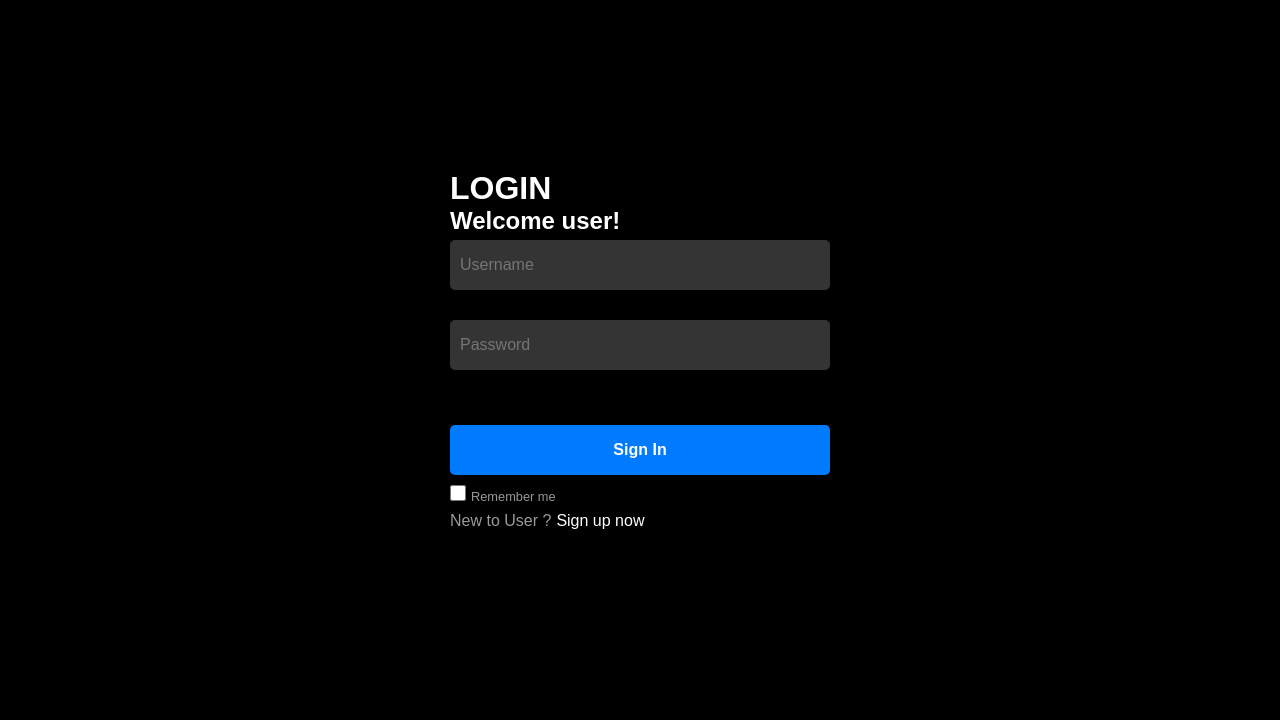
Repository: kritikakittu06/Ecommerce
Page: http://localhost/PixlePrinter/pages/Login.jsp
These files come from the project's save history. The page is drawn as it stood at one moment and after the next save; the edit follows.
The browser window is 1280 px wide. The pictures show the whole page.
Some web libraries are served in a nearby version. The page is served by Tomcat 9. Nobody is signed in. The application's start-up code is not run.

Above is the page before, as saved 2024-04-17 03:22:36.

After the next save:
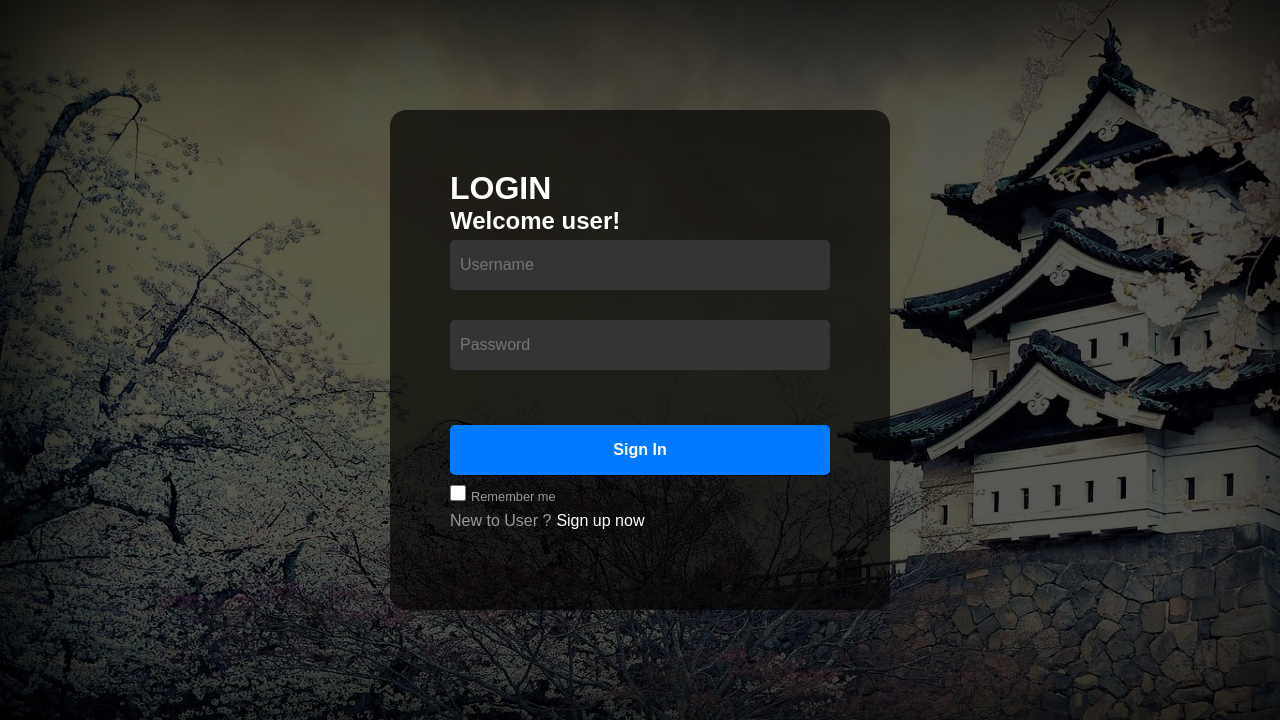
Saved 24 s later.
--- a/PixlePrinter/src/main/webapp/pages/Login.jsp
+++ b/PixlePrinter/src/main/webapp/pages/Login.jsp
@@ -10,7 +10,7 @@
   <title>Login</title>
 </head>
 
-<body style="backgroundiamge="${pageContext.request.contextPath}/Images/LoginImage.png">
+<body style="background-image: url('${pageContext.request.contextPath}/Images/LoginImage.png');">
   <header class="showcase">
     <div class="showcase-content">
       <div class="showcase-top">
